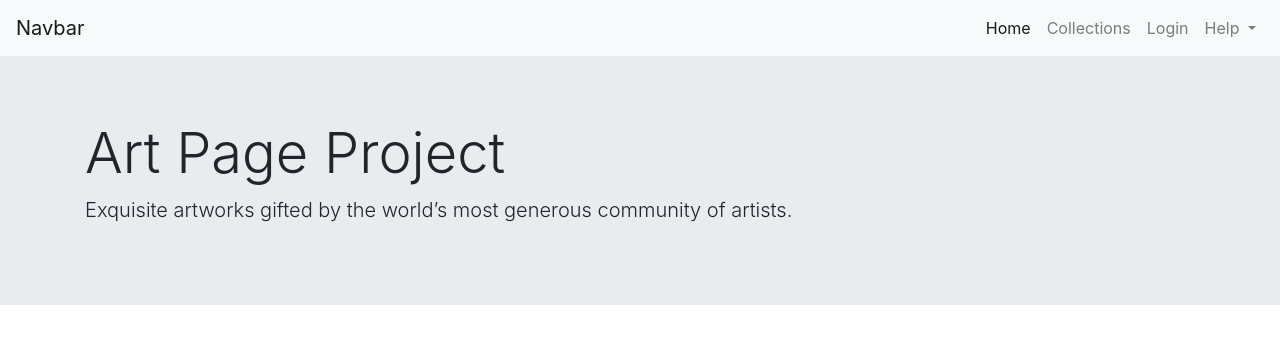
Repository: mtdagar/Art-Page-Project
Page: http://localhost/posts
The author's editor kept a record of every edit. The page is drawn from the files as they stood at one moment, then again after the next edit.
The browser window is 1280 px wide. The pictures show the whole page.
The page is served by the project's Node server (app.js). Queries for data that is not in the repository find no rows.

Above is the page before.

After the next edit:
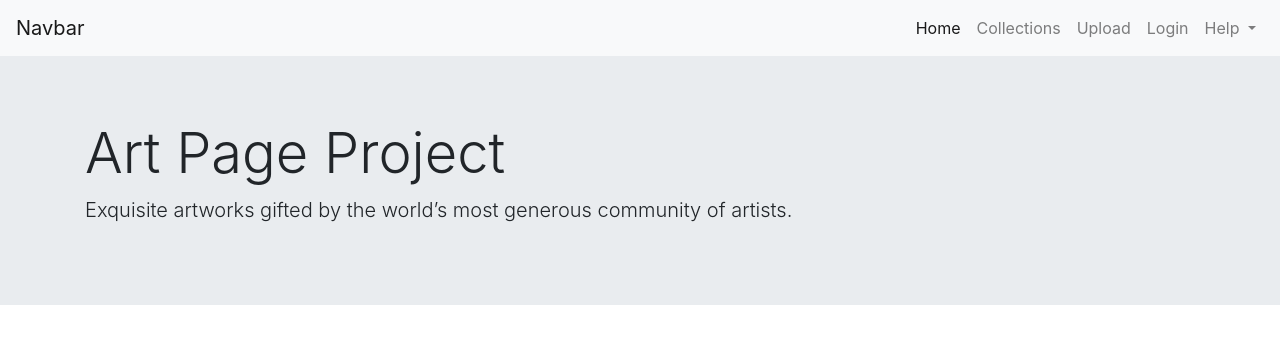
The edit:
--- a/views/partials/header.ejs
+++ b/views/partials/header.ejs
@@ -29,6 +29,9 @@
                 <a class="nav-link" href="#">Collections</a>
               </li>
               <li class="nav-item">
+                <a class="nav-link" href="#">Upload</a>
+              </li>
+              <li class="nav-item">
                 <a class="nav-link" href="#">Login</a>
               </li>
               <li class="nav-item dropdown">
